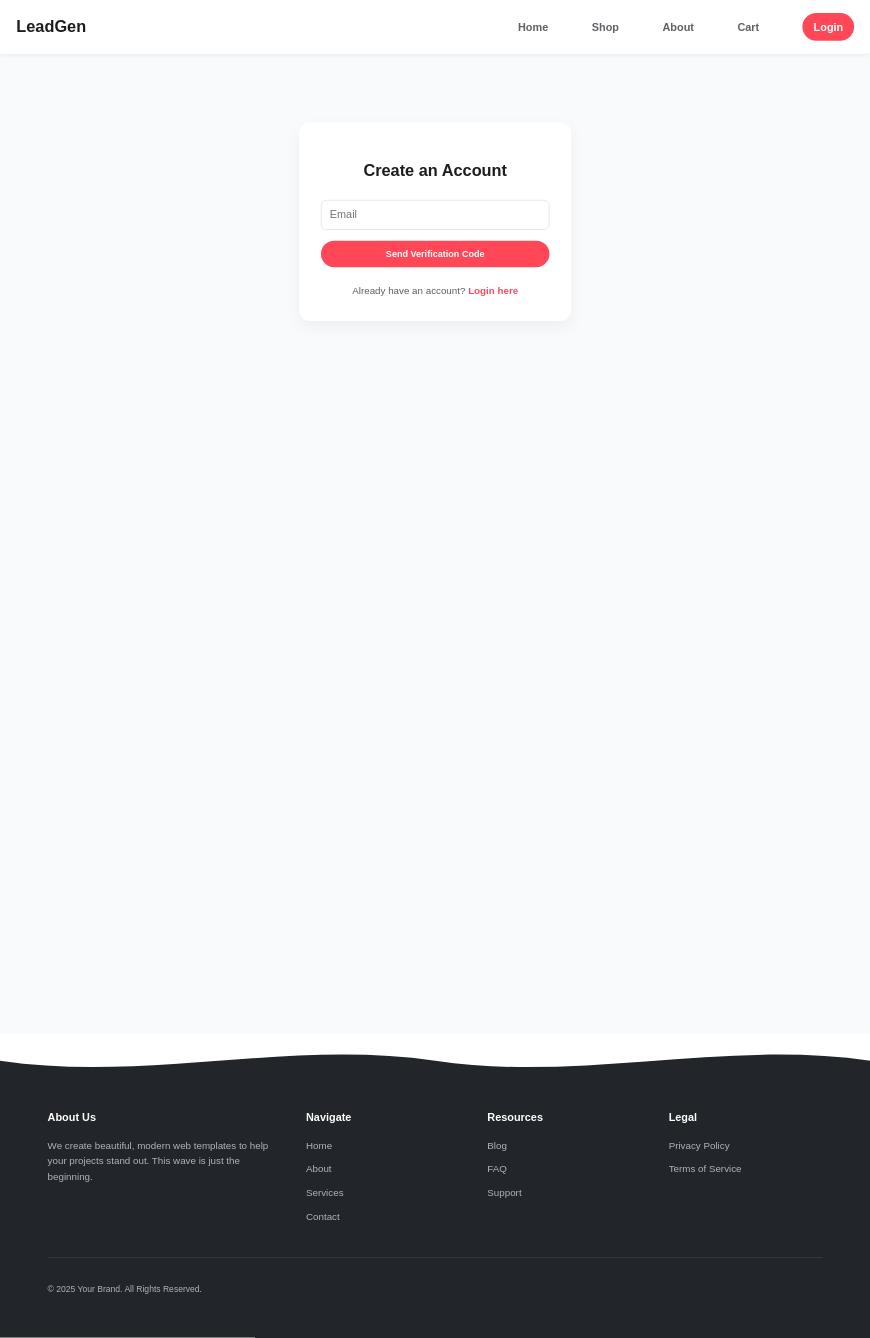
Repository: rywkoo/guitar-mart
Page: http://localhost/register-page
The author's editor kept a copy of each file at every save. The page is drawn from the files as they stood at one save, then again after the next save.
The browser window is 1280 px wide. The pictures show the whole page, at 68% of full size.
The page is served by the project's application, run on Flask 3 (app.py).

Above is the page before, as saved 2025-11-11 11:42:28.

After the next save:
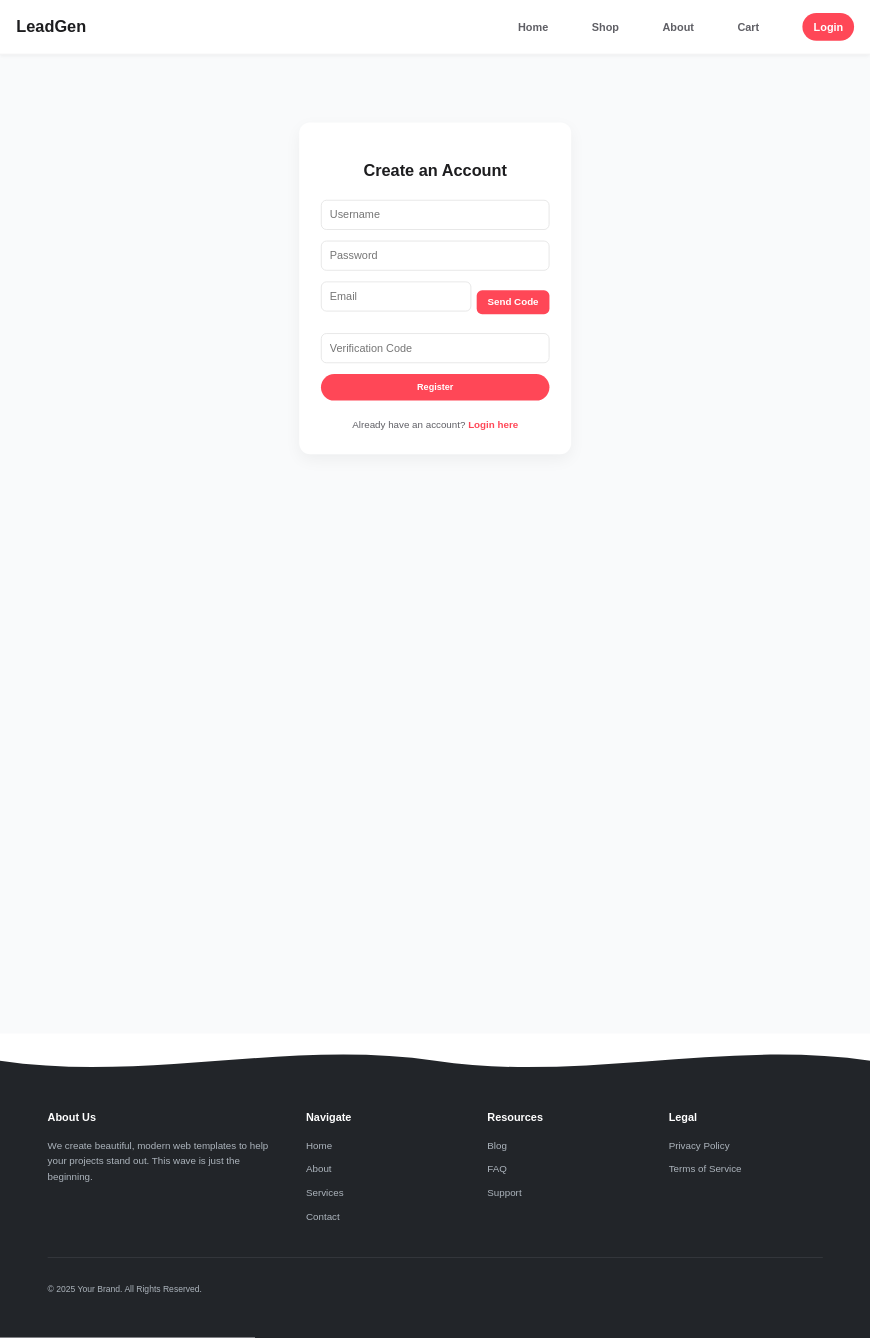
Saved 19 min 25 s later.
--- a/templates/register.html
+++ b/templates/register.html
@@ -3,37 +3,96 @@
 
 {% block content %}
 <style>
-/* Keep your original CSS */
-body { font-family: "DM Sans", sans-serif; background-color: #f9fafb; color: #1d1d1f; }
-.register-container { max-width: 400px; margin: 5rem auto; padding: 2rem; background: #fff; border-radius: 16px; box-shadow: 0 8px 24px rgba(0,0,0,0.05); text-align:center; }
-.register-container h2 { font-weight: 700; margin-bottom: 1.5rem; }
-input { width: 100%; padding: 0.75rem; margin-bottom: 1rem; border-radius: 8px; border: 1px solid #ddd; font-size: 1rem; }
-button { background-color: #ff4757; color: #fff; border: none; padding: 0.75rem; border-radius: 50px; font-weight: 700; cursor: pointer; width: 100%; }
-button:hover { background-color: #e63946; }
-.msg { margin-top:1rem; font-size:0.95rem; }
-.msg.success { color:#16a34a; }
-.msg.error { color:#dc2626; }
-.login-link { margin-top:1.5rem; font-size:0.9rem; color:#5f5f65; }
-.login-link a { color:#ff4757; font-weight:700; text-decoration:none; }
-.login-link a:hover { text-decoration:underline; }
+body {
+    font-family: "DM Sans", sans-serif;
+    background-color: #f9fafb;
+    color: #1d1d1f;
+}
+.register-container {
+    max-width: 400px;
+    margin: 5rem auto;
+    padding: 2rem;
+    background: #fff;
+    border-radius: 16px;
+    box-shadow: 0 8px 24px rgba(0,0,0,0.05);
+    text-align: center;
+}
+.register-container h2 {
+    font-weight: 700;
+    margin-bottom: 1.5rem;
+}
+.input-group {
+    display: flex;
+    align-items: center;
+    gap: 0.5rem;
+}
+.input-group input {
+    flex: 1;
+}
+input {
+    width: 100%;
+    padding: 0.75rem;
+    margin-bottom: 1rem;
+    border-radius: 8px;
+    border: 1px solid #ddd;
+    font-size: 1rem;
+}
+button {
+    background-color: #ff4757;
+    color: #fff;
+    border: none;
+    padding: 0.75rem;
+    border-radius: 50px;
+    font-weight: 700;
+    cursor: pointer;
+    width: 100%;
+    transition: background-color 0.2s;
+}
+button:hover {
+    background-color: #e63946;
+}
+.small-btn {
+    width: auto;
+    padding: 0.6rem 1rem;
+    border-radius: 8px;
+    font-size: 0.9rem;
+}
+.msg {
+    margin-top: 1rem;
+    font-size: 0.95rem;
+}
+.msg.success { color: #16a34a; }
+.msg.error { color: #dc2626; }
+.login-link {
+    margin-top: 1.5rem;
+    font-size: 0.9rem;
+    color: #5f5f65;
+}
+.login-link a {
+    color: #ff4757;
+    font-weight: 700;
+    text-decoration: none;
+}
+.login-link a:hover {
+    text-decoration: underline;
+}
 </style>
 
 <div class="register-container">
     <h2>Create an Account</h2>
 
-    <!-- Step 1: Request verification token -->
-    <form id="tokenForm">
-        <input type="email" name="email" placeholder="Email" required>
-        <button type="submit">Send Verification Code</button>
+    <form id="registerForm">
+        <input type="text" name="username" placeholder="Username" required>
+        <input type="password" name="password" placeholder="Password" required>
+
+        <div class="input-group">
+            <input type="email" name="email" placeholder="Email" required>
+            <button type="button" id="sendTokenBtn" class="small-btn">Send Code</button>
+        </div>
         <div id="tokenMessage" class="msg"></div>
-    </form>
 
-    <!-- Step 2: Complete registration -->
-    <form id="registerForm" style="display:none;">
-        <input type="text" name="username" placeholder="Username" required>
-        <input type="email" name="email" placeholder="Email" readonly>
-        <input type="password" name="password" placeholder="Password" required>
         <input type="text" name="token" placeholder="Verification Code" required>
+
         <button type="submit">Register</button>
         <div id="registerMessage" class="msg"></div>
     </form>
@@ -44,18 +103,16 @@ button:hover { background-color: #e63946; }
 </div>
 
 <script>
-const tokenForm = document.getElementById('tokenForm');
+const sendTokenBtn = document.getElementById('sendTokenBtn');
 const tokenMessage = document.getElementById('tokenMessage');
 const registerForm = document.getElementById('registerForm');
 const registerMessage = document.getElementById('registerMessage');
 
-tokenForm.addEventListener('submit', async (e) => {
-    e.preventDefault();
+sendTokenBtn.addEventListener('click', async () => {
     tokenMessage.textContent = '';
     tokenMessage.className = 'msg error';
-
-    const email = tokenForm.email.value.trim();
-    if (!email) return tokenMessage.textContent = 'Email is required';
+    const email = registerForm.email.value.trim();
+    if (!email) return tokenMessage.textContent = 'Email is required.';
 
     try {
         const res = await fetch('/api/auth/send_register_token', {
@@ -64,14 +121,11 @@ tokenForm.addEventListener('submit', async (e) => {
             body: JSON.stringify({ email })
         });
         const result = await res.json();
-
         if (res.ok) {
             tokenMessage.className = 'msg success';
             tokenMessage.textContent = 'Verification code sent! Check your email.';
-            registerForm.style.display = 'block';
-            registerForm.email.value = email;
         } else {
-            tokenMessage.textContent = result.error || result.message || 'Failed to send token';
+            tokenMessage.textContent = result.error || result.message || 'Failed to send code.';
         }
     } catch (err) {
         tokenMessage.textContent = 'Network error: ' + err.message;
@@ -85,8 +139,8 @@ registerForm.addEventListener('submit', async (e) => {
 
     const data = {
         username: registerForm.username.value.trim(),
+        password: registerForm.password.value,
         email: registerForm.email.value.trim().toLowerCase(),
-        password: registerForm.password.value,
         token: registerForm.token.value.trim()
     };
 
